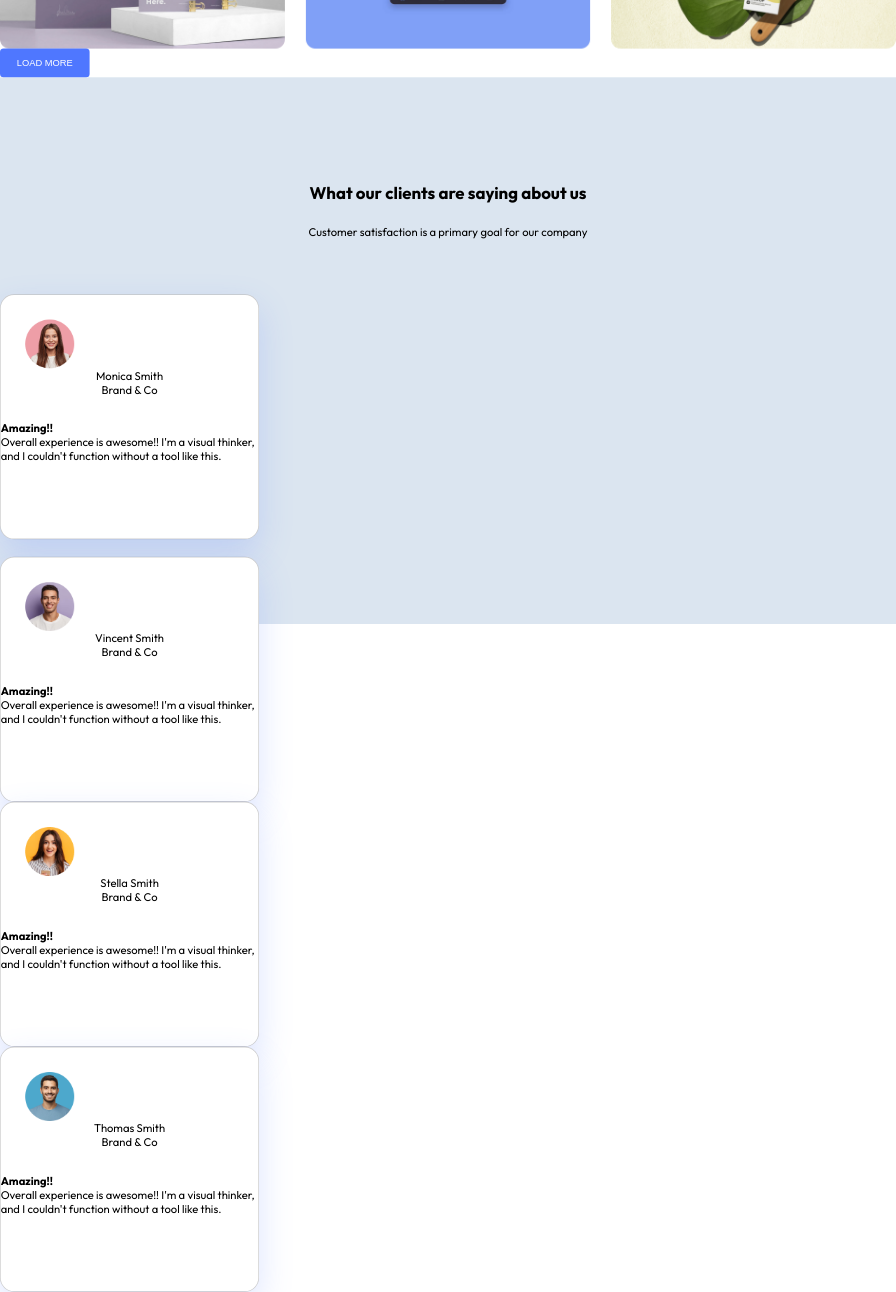
Repository: Nam936/exercises
Page: index.html
The author's editor kept a copy of each file at every save. The page is drawn from the files as they stood at one save, then again after a run of saves.
The browser window is 1280 px wide. The pictures show the part of the page from y = 1179 to 3099 px (the page is 3024 px tall before and 3099 px after), at 70% of full size.

Above is the page before, as saved 2022-12-30 13:43:17.

### index.html
<!DOCTYPE html>
<html lang="en">
<head>
    <meta charset="UTF-8">
    <meta http-equiv="X-UA-Compatible" content="IE=edge">
    <meta name="viewport" content="width=device-width, initial-scale=1.0">
    <title>Pollock</title>
    <link href="https://fonts.googleapis.com/css2?family=Outfit:wght@400;500;600;700&display=swap" rel="stylesheet">
    <link rel="stylesheet" href="style.css">
</head>
<body>
<div id="wrap">
    <div class="bg_header">
        <div class="container">
            <div class="header">
                <div class="menu_header">
                    <h1 class="logo">
                        <img src="/img/Frame_header.png" alt="logo">
                        <p class="txt_header">Pollock</p>
                    </h1>
                    <div class="lst_header">
                        <ul>
                            <li><a href="#">HOME</a></li>
                            <li><a href="#">SERVICES</a></li>
                            <li><a href="#">ABOUT</a></li>
                            <li><a href="#">PAGES</a></li>
                            <li><a href="#">BLOG</a></li>
                            <li><a href="#">CONTACT</a></li>
                        </ul>
                        </div>
                        <div class="icon_header">
                            <img class="search" src="/img/Iconex/Search_header.png" alt="">
                            <img class="cart" src="/img/Iconex/Bag_header.png" alt="">
                            <button>SIGN UP</button>
                        </div>
                    </div>
                </div>
                <div class="txt_ct">
                    <h1>OurWork</h1>
                    <p>HOMEPAGE / PROJECT</p>
                </div>
            </div>
        </div>
    </div>
    <div class="main">
        <div class="tit_main">
            <h1>Get inspored by our finest work</h1>
        </div>
            <div class="prod_main">
                <div class="prod_itm">
                    <img src="/img/main_img/1.png "alt="">
                    <img src="/img/main_img/2.png" alt="">
                </div>
                <div class="prod_itm">
                    <img src="/img/main_img/3.png" alt="">
                    <img src="/img/main_img/4.png" alt="">
                </div>
                <div class="prod_itm">
                    <img src="/img/main_img/5.png" alt="">
                    <img src="/img/main_img/6.png" alt="">
            </div>
        </div>
        <div class="button">
            <button>LOAD MORE</button>
        </div>



    <div class="member">
        <div class="head_mem">
            <div class="tit_mem">
                <h2>What our clients are saying about us</h2>
                <p>Customer satisfaction is a primary goal for our company</p>
            </div>
            <!-- <div class="scroll"></div> -->
        </div>
        <div class="slide">
            <div class="tag">
                <div class="tag_itm">
                    <div class="tag_avatar">
                        <div class="tag_cont">
                            <img src="/img/avatar/Avatar.png" alt="">
                            <div class="name_mem">
                                <span>Monica Smith</span>
                                <p>Brand & Co</p>
                            </div>
                        </div>
                    </div>
                    <div class="txt">
                        <strong>Amazing!!</strong>
                        <p>Overall experience is awesome!! I'm a visual thinker, and I couldn't function without a tool like this.</p>
                    </div>
                </div>
            </div>
            <div class="tag">
                <div class="itm">
                    <div class="tag_avatar">
                        <div class="tag_cont">
                            <img src="/img/avatar/Avatar2.png" alt="">
                            <div class="name_mem">
                                <span>Vincent Smith</span>
                                <p>Brand & Co</p>
                            </div>
                        </div>

                    </div>
                    <div class="txt">
                        <strong>Amazing!!</strong>
                        <p>Overall experience is awesome!! I'm a visual thinker, and I couldn't function without a tool like this.</p>
                    </div>
                </div>
            </div>
            <div class="tag">
                <div class="tag_itm">
                    <div class="tag_avatar">
                        <dv class="tag_cont">
                            <img src="/img/avatar/Avatar3.png" alt="">
                            <div class="name_mem">
                                <span>Stella Smith</span>
                                <p>Brand & Co</p>
                            </div>
                        </dv>
                    </div>
                    <div class="txt">
                        <strong>Amazing!!</strong>
                        <p>Overall experience is awesome!! I'm a visual thinker, and I couldn't function without a tool like this.</p>
                    </div>
                </div>
            </div>
            <div class="tag">
                <div class="tag_itm">
                    <div class="tag_avatar">
                        <div class="tag_cont">
                            <img src="/img/avatar/Avatar4.png" alt="">
                            <div class="name_mem">
                                <span>Thomas Smith</span>
                                <p>Brand & Co</p>
                            </div>
                        </div>
                    </div>
                    <div class="txt">
                        <strong>Amazing!!</strong>
                        <p>Overall experience is awesome!! I'm a visual thinker, and I couldn't function without a tool like this.</p>
                    </div>
                </div>
            </div>
        </div>
    </div>
    </div>

</div>
</body>
</html>

### style.css
* {
    margin: 0;
    padding: 0;
    box-sizing: border-box;
}
body{
    font-family: 'Outfit', sans-serif;
}

.bg_header{
    width: 100%;
    height: 500px;
    background-image: url(/img/Hero_background.png);
}
.container{
    max-width: 1170px;
    margin: 0px auto;
    padding: 0px 15px;
    width: 100%;
}
header{display: flex;}
.menu_header{display: flex;justify-content: space-around;align-items: center;}
.menu_header img{width: 32px; height: 44px;}
.logo {display: flex; align-items: center;}
.txt_header{padding-left: 10px;}
.lst_header ul{display: flex; list-style-type: none;}
.lst_header ul li{margin: 22px 20px;}

.icon_header{display: flex; align-items: center;}
.icon_header img{ width: 24px; height: 24px;}
.cart,.search{margin: 22px 20px;}
button{background-color:#4F77FF; border: 0px; border-radius: 5px; padding:13px 24px; color: #fff;}

.txt_ct{text-align: center;}


/* main_content */
.tit_main{text-align: center;}



/* .prod_main div{margin: 30px;} */

.prod_main{display:flex; gap: 30px;}
img{display: block; width: 100%;}
.prod_itm :first-child{margin-bottom: 30px;}

/* member style */
.member{background:#dbe5f0; width: 100%; height: 781px;}
.head_mem{margin-bottom: 80px;}
.tit_mem{text-align: center; padding-top: 120px;}
h2{margin: 30px;}

/*      */
.slide{display: grid; grid-template-rows: 375px ;}

.tag{width: 370px; height: 350px; border: 1px solid rgba(0,0,0,0.2); border-radius: 20px; background: #fff;box-shadow: 0px 20px 50px rgba(79, 119, 255, 0.2); }
.tag_avatar img{display: block; width: 70px; height: 70px;}
.tag_avatar{padding: 35px;}
.name_mem{text-align: center;}

After the next 2 saves:
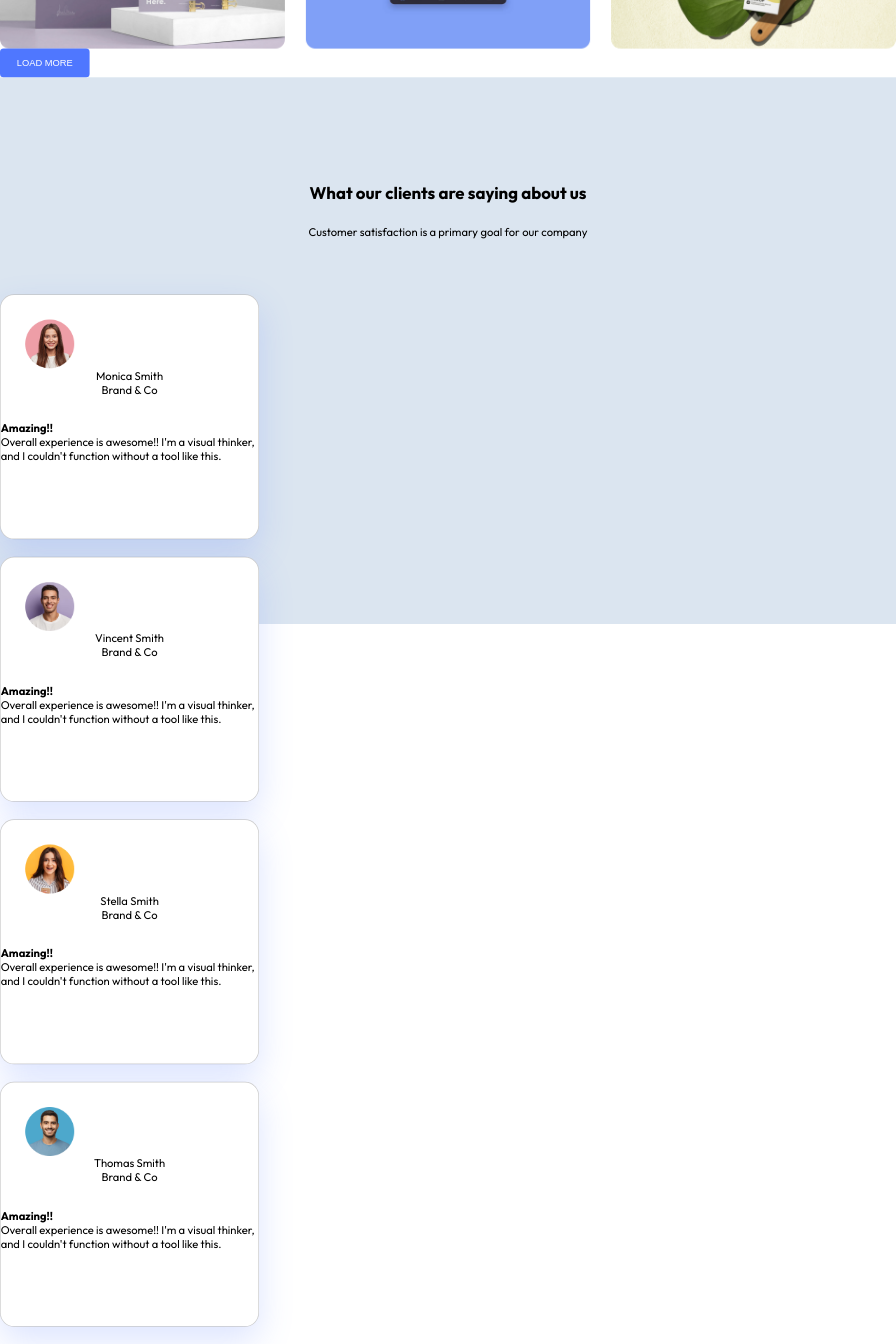
The 2 saves are shown as one change because they came seconds apart.
The last was saved 6 s later.
--- a/style.css
+++ b/style.css
@@ -52,7 +52,7 @@ img{display: block; width: 100%;}
 h2{margin: 30px;}
 
 /*      */
-.slide{display: grid; grid-template-rows: 375px ;}
+.slide{display: grid; grid-template-rows: 375px 375px 375px 375px ;}
 
 .tag{width: 370px; height: 350px; border: 1px solid rgba(0,0,0,0.2); border-radius: 20px; background: #fff;box-shadow: 0px 20px 50px rgba(79, 119, 255, 0.2); }
 .tag_avatar img{display: block; width: 70px; height: 70px;}
